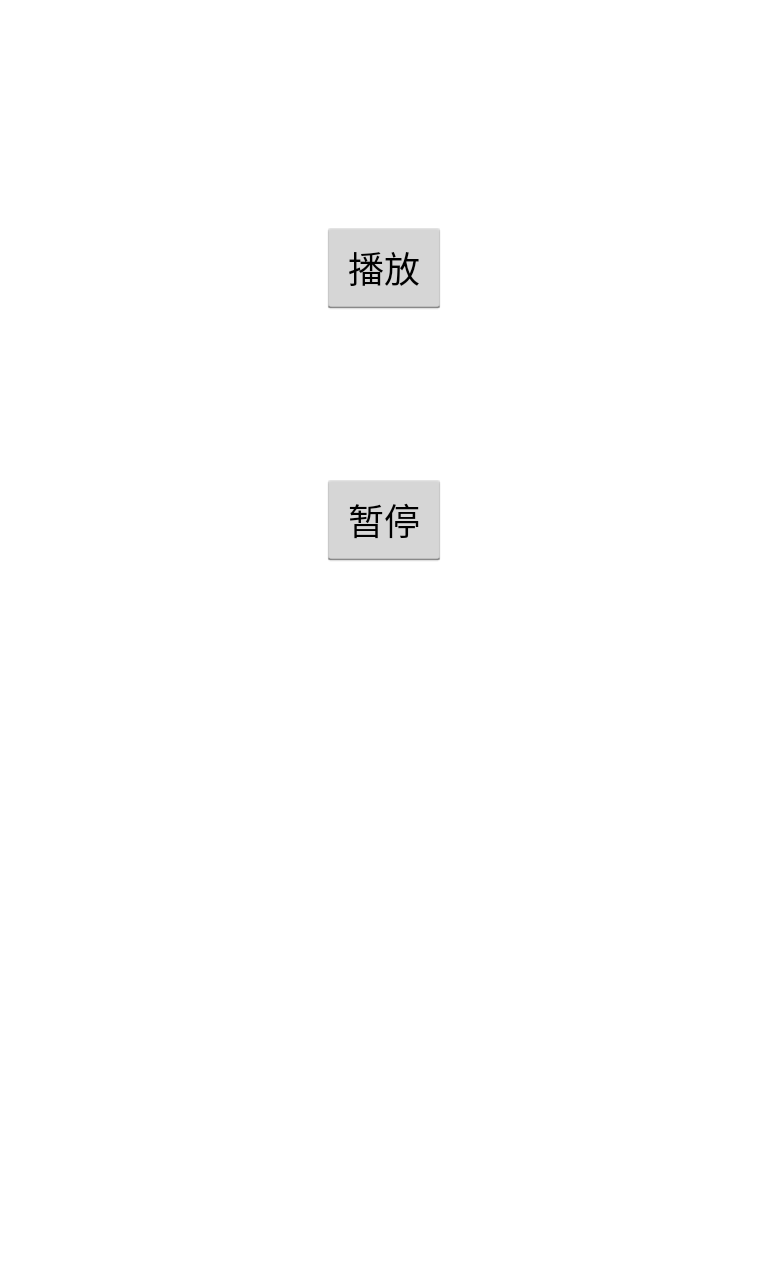
Repository: xuelang201201/Android
Layout: Android基础/音乐播放器v1.0/res/layout/activity_main.xml
An editor plug-in stored every save of this project. The layout is shown before and after the next save, followed by the edit.
It is drawn on a 768 x 1280 px phone screen (xhdpi) without system bars, with theme AppTheme; the app's code is not run.

Above is the layout before, as saved 2016-02-01 03:13:04.

### Android基础/音乐播放器v1.0/res/layout/activity_main.xml
<RelativeLayout xmlns:android="http://schemas.android.com/apk/res/android"
    xmlns:tools="http://schemas.android.com/tools"
    android:layout_width="match_parent"
    android:layout_height="match_parent"
    android:paddingBottom="@dimen/activity_vertical_margin"
    android:paddingLeft="@dimen/activity_horizontal_margin"
    android:paddingRight="@dimen/activity_horizontal_margin"
    android:paddingTop="@dimen/activity_vertical_margin"
    tools:context=".MainActivity" >

    <Button
        android:id="@+id/button1"
        android:layout_width="wrap_content"
        android:layout_height="wrap_content"
        android:layout_alignLeft="@+id/button2"
        android:layout_alignParentTop="true"
        android:layout_marginTop="94dp"
        android:text="播放" />

    <Button
        android:id="@+id/button2"
        android:layout_width="wrap_content"
        android:layout_height="wrap_content"
        android:layout_below="@+id/button1"
        android:layout_centerHorizontal="true"
        android:layout_marginTop="78dp"
        android:text="暂停" />

</RelativeLayout>

Loaded but not shown: Android基础/音乐播放器v1.0/res/values/styles.xml (common file); Android基础/音乐播放器v1.0/res/values-v11/styles.xml (common file); Android基础/音乐播放器v1.0/res/values-v14/styles.xml (common file); Android基础/音乐播放器v1.0/res/values/dimens.xml (common file)

After the next save:
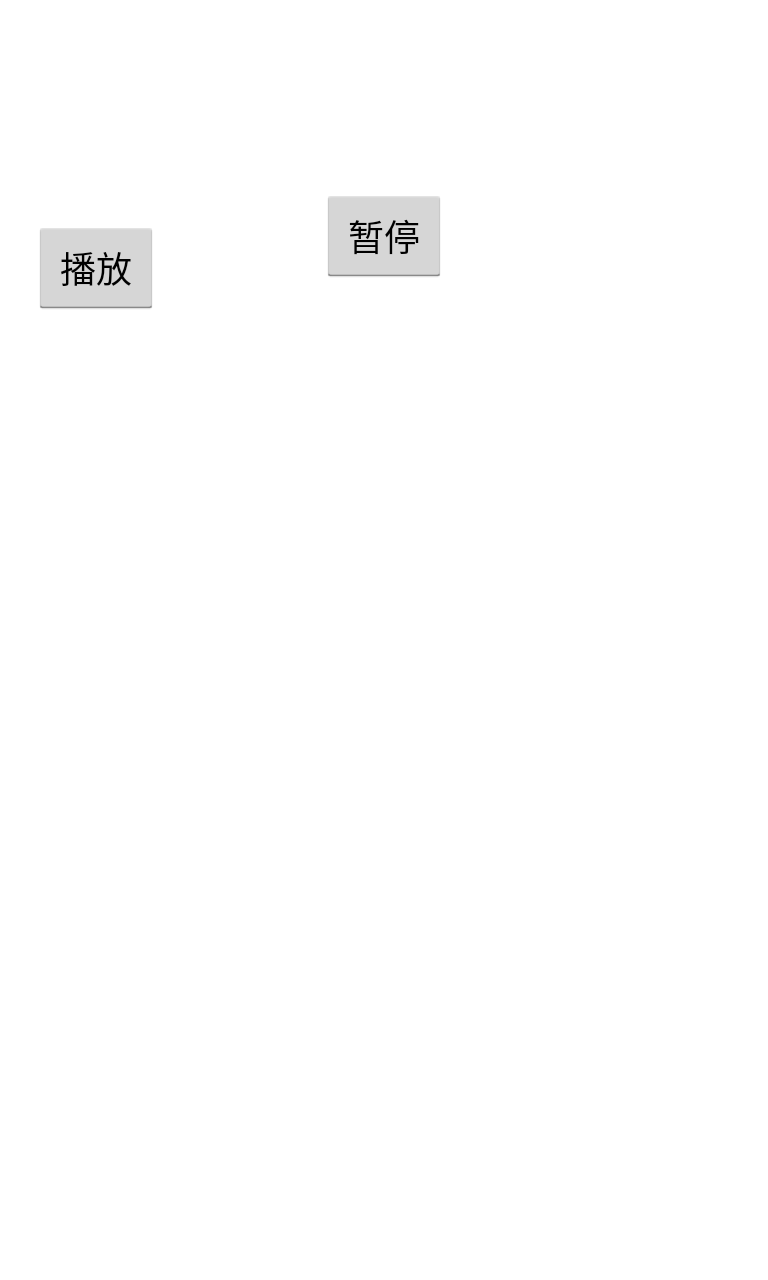
Saved 49 s later.
--- a/Android基础/音乐播放器v1.0/res/layout/activity_main.xml
+++ b/Android基础/音乐播放器v1.0/res/layout/activity_main.xml
@@ -9,7 +9,7 @@
     tools:context=".MainActivity" >
 
     <Button
-        android:id="@+id/button1"
+        android:id="@+id/btn_play"
         android:layout_width="wrap_content"
         android:layout_height="wrap_content"
         android:layout_alignLeft="@+id/button2"
@@ -18,7 +18,7 @@
         android:text="播放" />
 
     <Button
-        android:id="@+id/button2"
+        android:id="@+id/btn_parse"
         android:layout_width="wrap_content"
         android:layout_height="wrap_content"
         android:layout_below="@+id/button1"

After the save that followed:
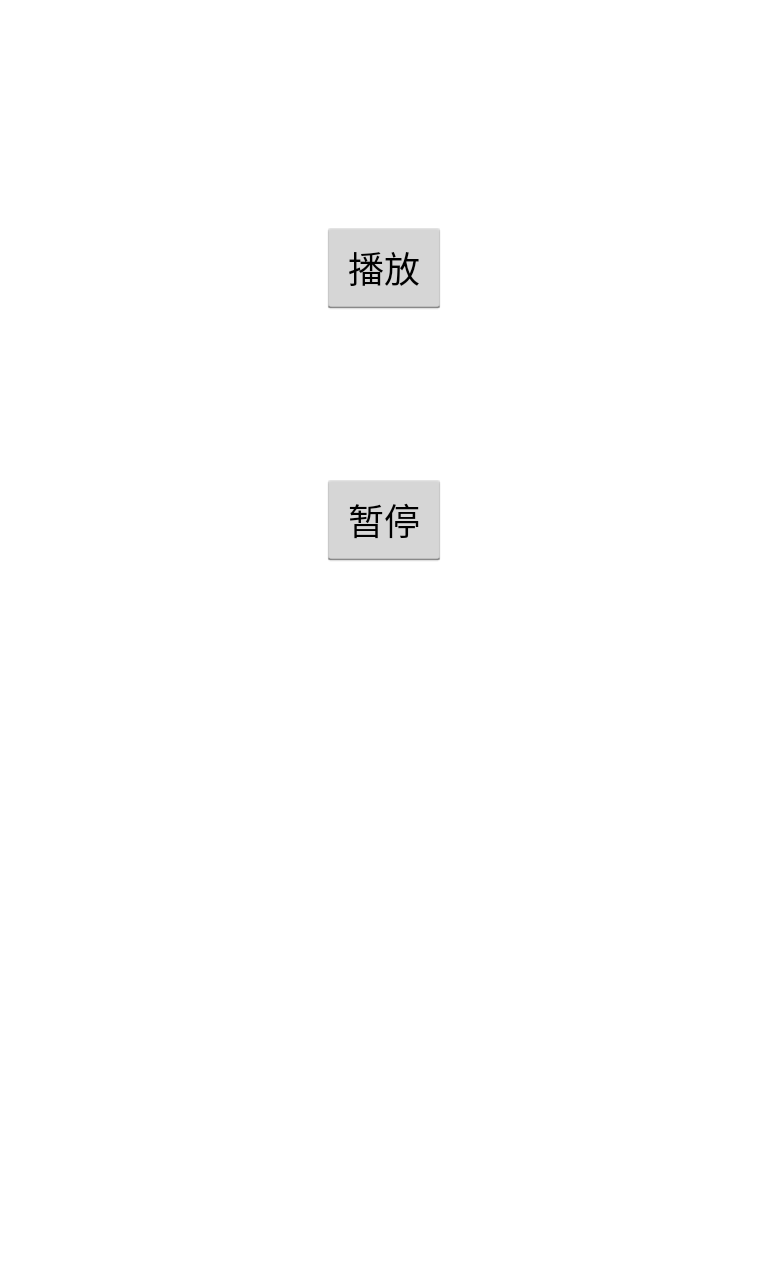
Saved 24 s later.
--- a/Android基础/音乐播放器v1.0/res/layout/activity_main.xml
+++ b/Android基础/音乐播放器v1.0/res/layout/activity_main.xml
@@ -12,7 +12,7 @@
         android:id="@+id/btn_play"
         android:layout_width="wrap_content"
         android:layout_height="wrap_content"
-        android:layout_alignLeft="@+id/button2"
+        android:layout_alignLeft="@+id/btn_parse"
         android:layout_alignParentTop="true"
         android:layout_marginTop="94dp"
         android:text="播放" />
@@ -21,7 +21,7 @@
         android:id="@+id/btn_parse"
         android:layout_width="wrap_content"
         android:layout_height="wrap_content"
-        android:layout_below="@+id/button1"
+        android:layout_below="@+id/btn_play"
         android:layout_centerHorizontal="true"
         android:layout_marginTop="78dp"
         android:text="暂停" />
